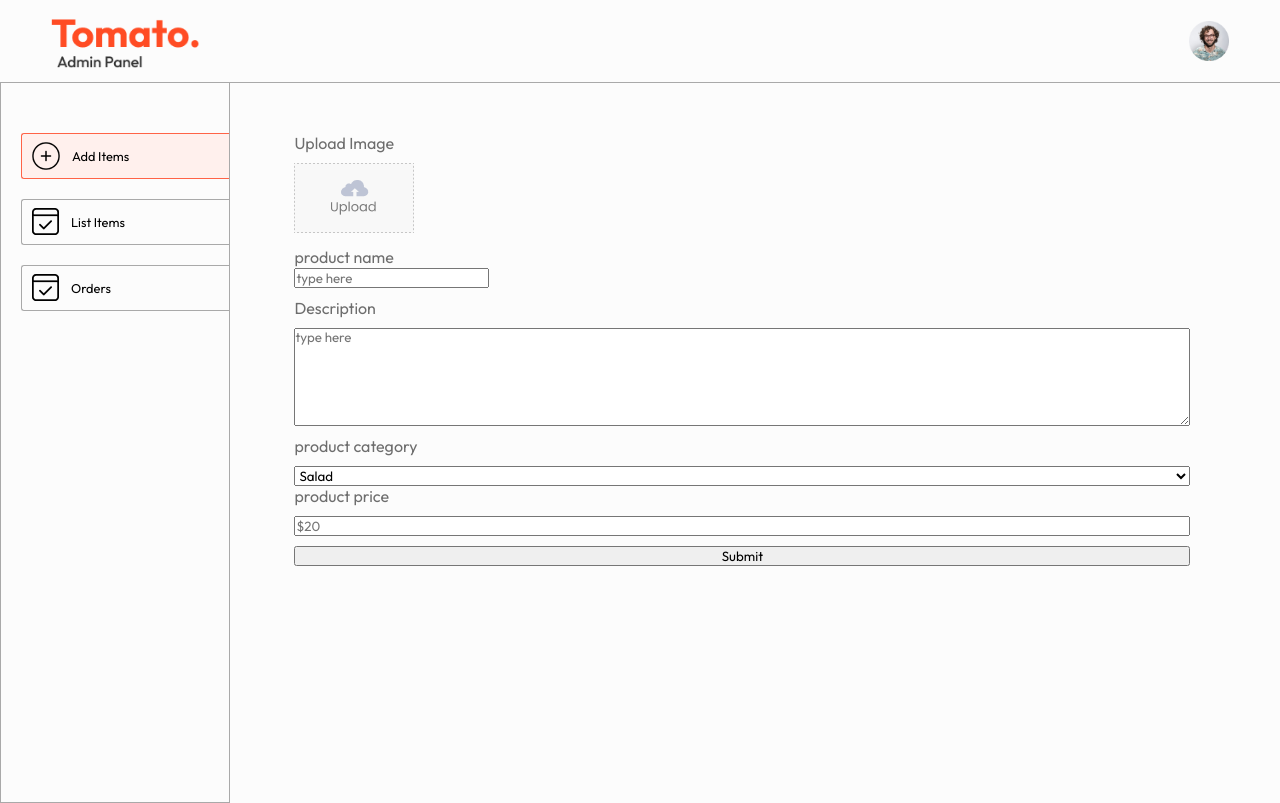
Repository: sodmaq/food-delivery
Page: /add (app in admin/)
The author's editor kept a copy of each file at every save. The page is drawn from the files as they stood at one save, then again after the next save.
The browser window is 1280 px wide. The pictures show the whole page.
The project was rebuilt for these pictures with package versions that can differ from the ones it lists, and the page was loaded fresh each time. Also part of the build but not shown: admin/vite.config.js, admin/src/pages/orders/Orders.jsx. Imported but missing from the stored project, and not drawn on this page: admin/src/pages/list/List.

Above is the page before, as saved 2024-10-04 22:55:47.

After the next save:
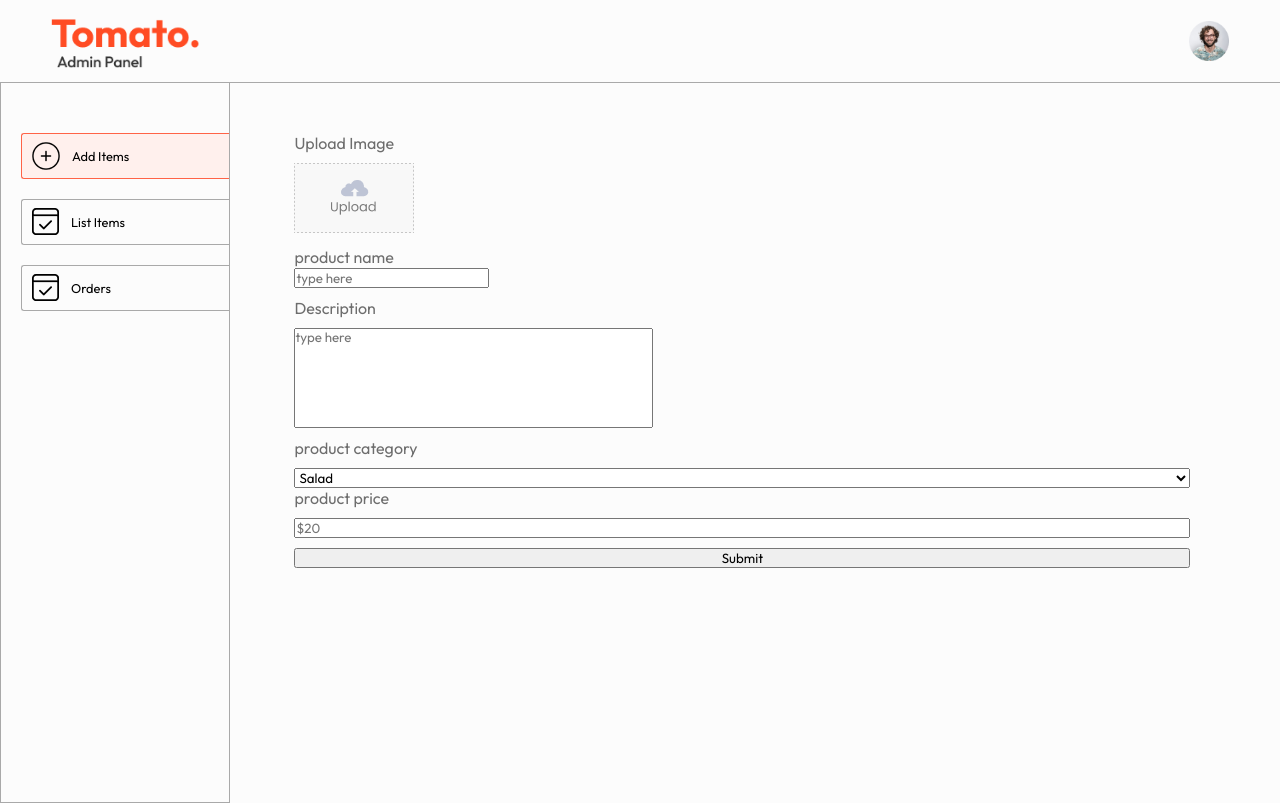
Saved 50 s later.
--- a/admin/src/pages/add/Add.css
+++ b/admin/src/pages/add/Add.css
@@ -15,4 +15,11 @@
 
 .add-product-description,
 .add-product-name {
+  width: max(40%, 280px);
 }
+
+.add-product-description textarea {
+  width: 100%;
+  height: 100px;
+  resize: none;
+}
